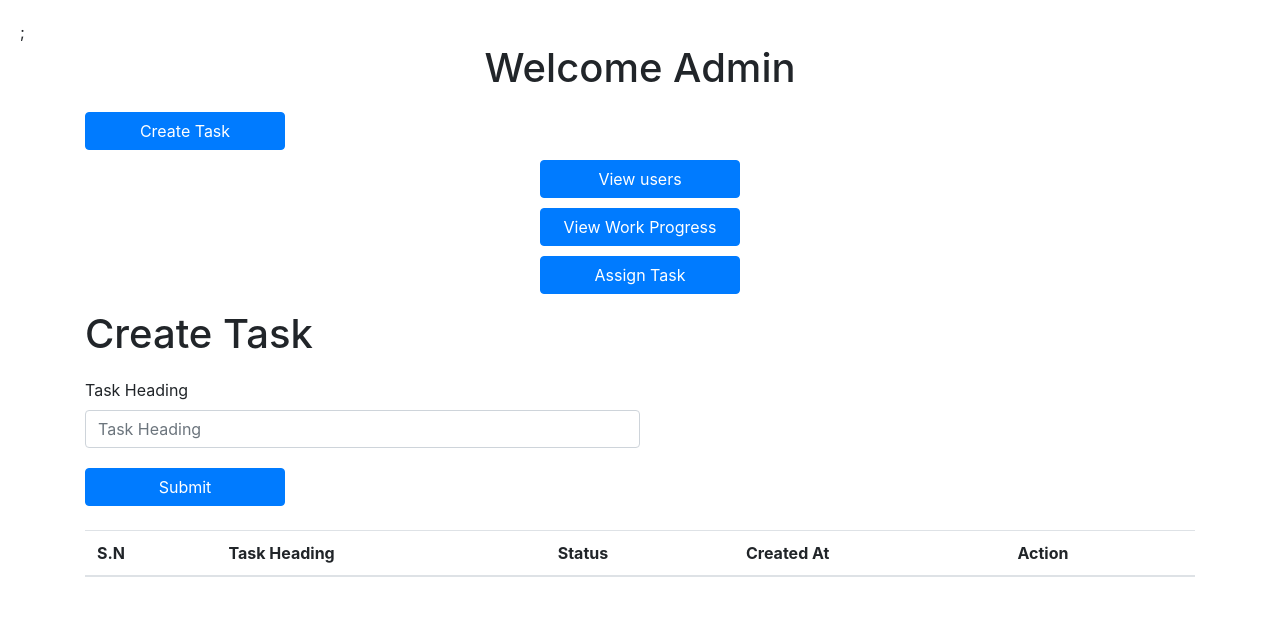
Repository: neha-rouniyar/taskmgmt
Page: http://localhost/admin/create-task
The author's editor kept a copy of each file at every save. The page is drawn from the files as they stood at one save, then again after the next save.
The browser window is 1280 px wide. The pictures show the whole page.
Some web libraries are served in a nearby version. The page is served by the project's Laravel application, run on PHP 8.4 with Laravel 10. Other server files are loaded and not shown. Queries for data that is not in the repository find no rows.

Above is the page before, as saved 2023-12-16 12:01:15.

### routes/web.php
<?php

use App\Http\Controllers\AdminController;
use App\Http\Controllers\AssignTaskController;
use Illuminate\Support\Facades\Route;
use App\Http\Controllers\LoginController;
use App\Models\AssignTask;

/*
|--------------------------------------------------------------------------
| Web Routes
|--------------------------------------------------------------------------
|
| Here is where you can register web routes for your application. These
| routes are loaded by the RouteServiceProvider and all of them will
| be assigned to the "web" middleware group. Make something great!
|
*/

Route::get('/', function () {
    return view('welcome');
});
Route::get('/login-form',[LoginController::class,'index'])->name('login.form');
Route::post('/login-form-submit',[LoginController::class,'loginFormSubmit'])->name('login.form.submit');




Route::get('/register-form',[LoginController::class,'index2'])->name('register.form');
Route::post('/register-form-submit',[LoginController::class,'registerFormSubmit'])->name('register.form.submit');


//user dashboard
Route::get('/user-dashboard',[LoginController::class,'userDashboard'])->name('user.dashboard');
Route::get('/admin-dashboard',[LoginController::class,'adminDashboard'])->name('admin.dashboard');


//admin
Route::get('/admin/view-users',[AdminController::class,'viewUsers'])->name('admin.view.users');
Route::get('/admin/create-task',[AdminController::class,'createTask'])->name('admin.create.task');
Route::get('/admin/view-work-progress',[AdminController::class,'viewWorkProgress'])->name('admin.view.workprogress');

//admin-task
Route::post('/admin/task-submit',[AdminController::class,'taskSubmit'])->name('admin.task.submit');
Route::get('/admin/edit-task/{id}',[AdminController::class,'taskEdit'])->name('task.edit');
Route::post('/admin/update-task/{id}',[AdminController::class,'taskUpdate'])->name('task.update');
Route::get('/admin/delete-task/{id}',[AdminController::class,'taskDelete'])->name('task.delete');
Route::get('/admin/task-assign',[AdminController::class,'taskAssign'])->name('admin.task.assign');
Route::post('/admin/task-assign-submit',[AdminController::class,'taskAssignSubmit'])->name('admin.task.assign.submit');




//user-task
Route::get('/user-view-assgned-task',[AssignTaskController::class,'viewTaskAssigned'])->name('user.view.assigned.task');
Route::get('/verify-email/{token}',[AdminController::class,'verifyEmail'])->name('verify.email');


Route::get('/user/accept-task/{id}',[AssignTaskController::class,'acceptTask'])->name('accept.task');
Route::get('/user/reject-task/{id}',[AssignTaskController::class,'rejectTask'])->name('reject.task');
Route::get('/user/task-complete/{id}',[AssignTaskController::class,'completeTask'])->name('task.complete');

### app/Http/Controllers/AdminController.php
<?php

namespace App\Http\Controllers;

use App\Models\AssignTask;
use App\Models\EmailVerification;
use App\Models\Task;
use App\Models\User;
use Carbon\Carbon;
use Illuminate\Http\Request;

class AdminController extends Controller
{
    public function viewUsers()
    {
        $users=User::all()->where('usertype','regular');
        // dd($users);
        return view('admin.viewUsers',compact('users'));
    }
    public function createTask()
    {
        $tasks=Task::all();
        return view('admin.task.create',compact('tasks'));
    }
    public function viewWorkProgress()
    {
        return view('admin.task.workprogress');
    }
    public function taskSubmit(Request $request)
    {
        $data=$request->validate([
            'heading'=>'required'
        ]);
        $task=new Task();
        $task->task_heading=$data['heading'];
        $task->save();
        return back()->with('success','Task Created Successfully');
    }
    public function taskEdit(Request $request)
    {
        $data=Task::find($request->id);
        return view('admin.task.edit',compact('data'));
    }
    public function taskUpdate(Request $request)
    {
        $rule=$request->validate([
            'heading'=>'required'
        ]);
        $data=Task::find($request->id);
        $data->task_heading=$rule['heading'];
        $data->save();
        return redirect()->route('admin.create.task')->with('update','Task Updated Successfully');
    }
    public function taskDelete(Request $request)
    {
        $data=Task::find($request->id);
        $data->status=1;
        $data->save();
        return back()->with('delete','Task Deleted Successfully');

    }
    public function taskAssign()
    {
        $task=Task::all()->where('status',0);
        $users=User::all()->where('usertype','regular');
        return view('admin.task.assign',compact('users','task'));
    }
    public function taskAssignSubmit(Request $request)
    {
        $taskAssign=new AssignTask();
        $taskAssign->task_id=$request->task;
        $taskAssign->user_id=$request->user;
        $taskAssign->save();
        return back()->with('message','Task Assigned to user... Waiting to be verified');
    }
    public function verifyEmail(Request $request,$id)
    {
        $token=$request->token;
        $userData=User::where('token',$token)->first();
        $emailVerificationData=EmailVerification::where('token',$token)->first();
        $time=Carbon::now();
        $currentTime=$time->toDateTimeString();
        if($userData->token == $emailVerificationData->token){
            if($emailVerificationData->expiry_at > $currentTime)
            {
                $userId=$userData->id;
                $userData=User::find($userId);
                $userData->status=1;
                $userData->save();
                return redirect('/login-form')->with('msgs','Please login to continue');
            }else{
                return redirect()->route('register.form')->with('linkExpiry','Your Link to email verification failed. Please Register Again');
            }
        }
    }
    // php artisan serve --port=443 --to run in https port
}

### app/Models/Task.php
<?php

namespace App\Models;

use Illuminate\Database\Eloquent\Factories\HasFactory;
use Illuminate\Database\Eloquent\Model;

class Task extends Model
{
    use HasFactory;
    public function assignedTask()
    {
        return $this->hasMany(AssignTask::class,'task_id','id');
    }

}

### resources/views/admin/task/create.blade.php
@extends('admin.dashboard');
@section('admin-content')
<style>
    .form-group {
    margin-bottom: 20px;
}

.custom-dropdown {
    position: relative;
    width: 100%;
}

.custom-select {
    width: 50%;
    /* padding: 10px; */
    box-sizing: border-box;
    border: 1px solid #ccc;
    border-radius: 4px;
    appearance: none;
    background-color: #fff;
    cursor: pointer;
}

.custom-dropdown-arrow {
    position: absolute;
    top: 50%;
    right: 10px;
    transform: translateY(-50%);
    border: solid #555;
    border-width: 0 2px 2px 0;
    display: inline-block;
    padding: 3px;
    transition: transform 0.3s ease-in-out;
}

.custom-select:focus + .custom-dropdown-arrow {
    transform: translateY(-50%) rotate(-45deg);
}

/* Style for the dropdown options */
.custom-select option {
    padding: 10px;
}

</style>
<div class="container">
    <h1>Create Task</h1>
    @if (session('success'))
    <div class="alert alert-success alert-dismissible fade show" role="alert">
        <p style="color: rgb(11, 130, 43)8, 28, 0)">{{session('success')}}</p>
        <button type="button" class="close" data-dismiss="alert" aria-label="Close">
          <span aria-hidden="true">&times;</span>
        </button>
      </div>

    @endif
    @if (session('update'))
    <div class="alert alert-success alert-dismissible fade show" role="alert">
        <p style="color: rgb(0, 128, 30)8, 28, 0)">{{session('update')}}</p>
        <button type="button" class="close" data-dismiss="alert" aria-label="Close">
          <span aria-hidden="true">&times;</span>
        </button>
      </div>

    @endif
    @if (session('delete'))
    <div class="alert alert-success alert-dismissible fade show" role="alert">
        <p style="color: rgb(0, 128, 30)8, 28, 0)">{{session('delete')}}</p>
        <button type="button" class="close" data-dismiss="alert" aria-label="Close">
          <span aria-hidden="true">&times;</span>
        </button>
      </div>

    @endif
<form action="{{route('admin.task.submit')}}" method="POST">
    @csrf
      <div class="form-group">
        <label for="exampleInputEmail1">Task Heading</label>
        <input style="width: 50%" type="text" name="heading" class="form-control" id="exampleInputEmail1" aria-describedby="emailHelp" placeholder="Task Heading" required>
      </div>

      <button type="submit" class="btn btn-primary">Submit</button>
    </form>
    <table class="table mt-4">
        <thead>
          <tr>
            <th scope="col">S.N</th>
            <th scope="col">Task Heading</th>
            <th scope="col">Status</th>
            <th scope="col">Created At</th>
            <th scope="col">Action</th>
          </tr>
        </thead>
        <tbody>
            @php
                $i=1;
            @endphp
            @foreach ($tasks as $data )
            @if ($data->status==0)
          <tr>
            <th>{{$i++}}</th>
            <td>{{$data->task_heading}}</td>
            <td>{{$data->status}}</td>
            <td>{{$data->created_at}}</td>
            <td>
                <a href="{{route('task.edit',$data->id)}}"><button style="width: 20%" type="button" class="btn btn-primary">Edit</button></a>
                <a href="{{route('task.delete',$data->id)}}"><button style="width: 30%" type="button" class="btn btn-danger">Delete</button></a>
            </td>
          </tr>
          @endif
          @endforeach
        </tbody>
      </table>
</div>
@endsection

### resources/views/admin/dashboard.blade.php
<!doctype html>
<html lang="en">
  <head>
    <!-- Required meta tags -->
    <meta charset="utf-8">
    <meta name="viewport" content="width=device-width, initial-scale=1, shrink-to-fit=no">

    <!-- Bootstrap CSS -->
    <link rel="stylesheet" href="https://cdn.jsdelivr.net/npm/bootstrap@4.0.0/dist/css/bootstrap.min.css" integrity="sha384-Gn5384xqQ1aoWXA+058RXPxPg6fy4IWvTNh0E263XmFcJlSAwiGgFAW/dAiS6JXm" crossorigin="anonymous">
    <style>
      body {
          padding: 20px;
      }

      h1 {
          margin-bottom: 20px;
      }

      .btn-container {
          display: flex;
          flex-direction: column;
          gap: 10px;
      }

      .btn-container a {
          text-decoration: none;
      }

      .btn {
          width: 200px;
      }
  </style>
    <title>Hello, world!</title>
  </head>
  <body>
    <div class="container text-center">
        <h1>Welcome Admin</h1>
        <div class="btn-container">

                <button type="button" class="btn btn-primary" data-toggle="modal" data-target="#exampleModal">Create Task</button>
            <a href="{{route('admin.view.users')}}">
                <button type="button" class="btn btn-primary">View users</button>
            </a>
            <a href="{{route('admin.view.workprogress')}}">
                <button type="button" class="btn btn-primary">View Work Progress</button>
            </a>
            <a href="{{route('admin.task.assign')}}">
                <button type="button" class="btn btn-primary">Assign Task</button>
            </a>
        </div>
    </div>
    <form action="{{route('admin.task.submit')}}" method="POST">
        @csrf
    <div class="modal fade" id="exampleModal" tabindex="-1" role="dialog" aria-labelledby="exampleModalLabel" aria-hidden="true">
        <div class="modal-dialog" role="document">
          <div class="modal-content">
            <div class="modal-header">
              <h5 class="modal-title" id="exampleModalLabel">Task Heading</h5>

              <button type="button" class="close" data-dismiss="modal" aria-label="Close">
                  <span aria-hidden="true">&times;</span>
                </button>
            </div>
            <div class="modal-body">
                <input type="text" name="heading" class="form-control" id="exampleInputEmail1" aria-describedby="emailHelp" placeholder="Task Heading" required>

            </div>
            <div class="modal-footer">
              <button type="button" class="btn btn-secondary" data-dismiss="modal">Close</button>
              <button type="submit" class="btn btn-primary">Add Task</button>
            </div>
          </div>
        </div>
      </div>
          {{-- <div class="form-group">
            <label for="exampleInputEmail1"></label>
          </div>
          <button type="submit" class="btn btn-primary">Submit</button> --}}
    </form>
    @yield('admin-content')
    <script src="https://code.jquery.com/jquery-3.2.1.slim.min.js" integrity="sha384-KJ3o2DKtIkvYIK3UENzmM7KCkRr/rE9/Qpg6aAZGJwFDMVNA/GpGFF93hXpG5KkN" crossorigin="anonymous"></script>
    <script src="https://cdn.jsdelivr.net/npm/popper.js@1.12.9/dist/umd/popper.min.js" integrity="sha384-ApNbgh9B+Y1QKtv3Rn7W3mgPxhU9K/ScQsAP7hUibX39j7fakFPskvXusvfa0b4Q" crossorigin="anonymous"></script>
    <script src="https://cdn.jsdelivr.net/npm/bootstrap@4.0.0/dist/js/bootstrap.min.js" integrity="sha384-JZR6Spejh4U02d8jOt6vLEHfe/JQGiRRSQQxSfFWpi1MquVdAyjUar5+76PVCmYl" crossorigin="anonymous"></script>
</body>
</html>

Loaded but not shown: app/Http/Controllers/Controller.php (common file)

After the next save:
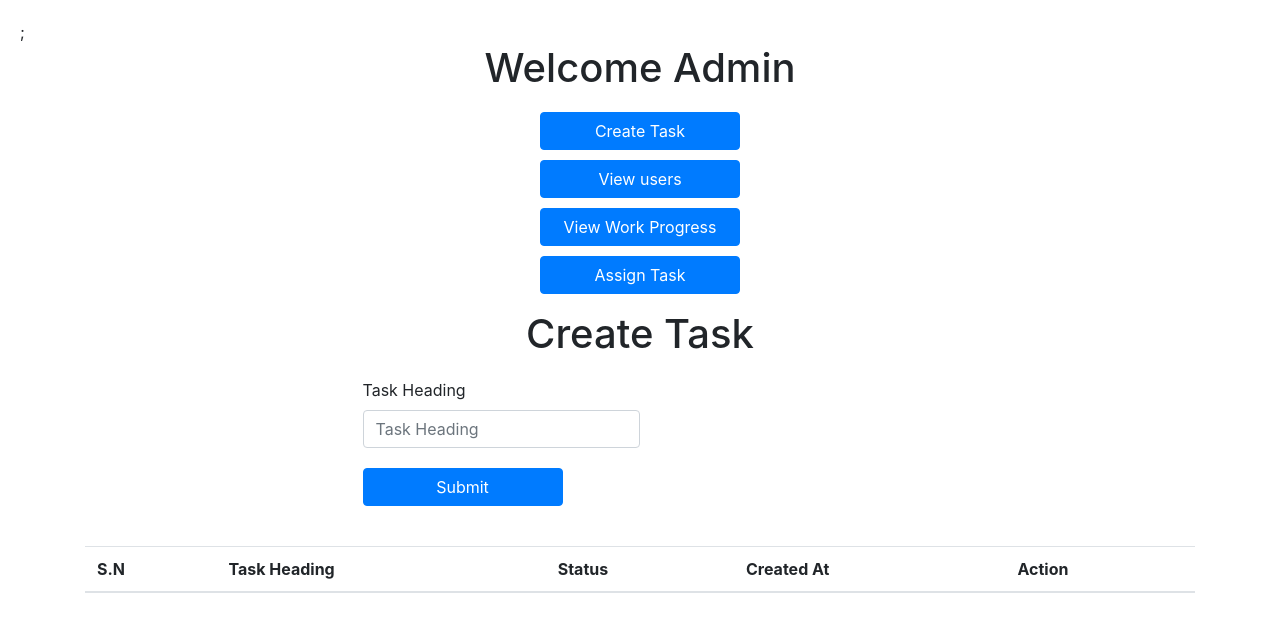
Saved 6 s later.
--- a/resources/views/admin/task/create.blade.php
+++ b/resources/views/admin/task/create.blade.php
@@ -2,46 +2,59 @@
 @section('admin-content')
 <style>
     .form-group {
-    margin-bottom: 20px;
-}
+        margin-bottom: 20px;
+    }
 
-.custom-dropdown {
-    position: relative;
-    width: 100%;
-}
+    .custom-dropdown {
+        position: relative;
+        width: 100%;
+    }
 
-.custom-select {
-    width: 50%;
-    /* padding: 10px; */
-    box-sizing: border-box;
-    border: 1px solid #ccc;
-    border-radius: 4px;
-    appearance: none;
-    background-color: #fff;
-    cursor: pointer;
-}
+    .custom-select {
+        width: 50%;
+        box-sizing: border-box;
+        border: 1px solid #ccc;
+        border-radius: 4px;
+        appearance: none;
+        background-color: #fff;
+        cursor: pointer;
+    }
 
-.custom-dropdown-arrow {
-    position: absolute;
-    top: 50%;
-    right: 10px;
-    transform: translateY(-50%);
-    border: solid #555;
-    border-width: 0 2px 2px 0;
-    display: inline-block;
-    padding: 3px;
-    transition: transform 0.3s ease-in-out;
-}
+    .custom-dropdown-arrow {
+        position: absolute;
+        top: 50%;
+        right: 10px;
+        transform: translateY(-50%);
+        border: solid #555;
+        border-width: 0 2px 2px 0;
+        display: inline-block;
+        padding: 3px;
+        transition: transform 0.3s ease-in-out;
+    }
 
-.custom-select:focus + .custom-dropdown-arrow {
-    transform: translateY(-50%) rotate(-45deg);
-}
+    .custom-select:focus + .custom-dropdown-arrow {
+        transform: translateY(-50%) rotate(-45deg);
+    }
 
-/* Style for the dropdown options */
-.custom-select option {
-    padding: 10px;
-}
+    /* Style for the dropdown options */
+    .custom-select option {
+        padding: 10px;
+    }
 
+    /* Adjustments for centering */
+    .container {
+        display: flex;
+        flex-direction: column;
+        align-items: center;
+    }
+
+    h1 {
+        margin-bottom: 20px;
+    }
+
+    form {
+        width: 50%; /* Adjust the width as needed */
+    }
 </style>
 <div class="container">
     <h1>Create Task</h1>
@@ -78,7 +91,6 @@
         <label for="exampleInputEmail1">Task Heading</label>
         <input style="width: 50%" type="text" name="heading" class="form-control" id="exampleInputEmail1" aria-describedby="emailHelp" placeholder="Task Heading" required>
       </div>
-
       <button type="submit" class="btn btn-primary">Submit</button>
     </form>
     <table class="table mt-4">

After the 6 saves that followed:
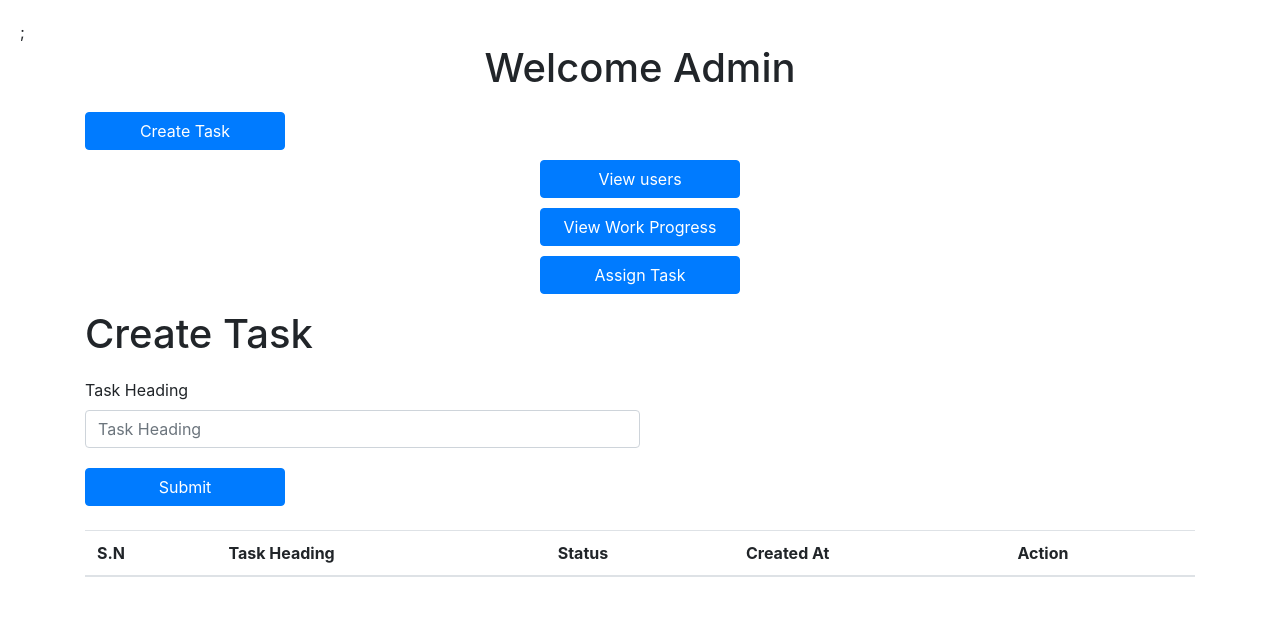
The 6 saves are shown as one change because they came seconds apart.
The last was saved 17 s later.
--- a/resources/views/admin/task/create.blade.php
+++ b/resources/views/admin/task/create.blade.php
@@ -2,62 +2,49 @@
 @section('admin-content')
 <style>
     .form-group {
-        margin-bottom: 20px;
-    }
+    margin-bottom: 20px;
+}
 
-    .custom-dropdown {
-        position: relative;
-        width: 100%;
-    }
+.custom-dropdown {
+    position: relative;
+    width: 100%;
+}
 
-    .custom-select {
-        width: 50%;
-        box-sizing: border-box;
-        border: 1px solid #ccc;
-        border-radius: 4px;
-        appearance: none;
-        background-color: #fff;
-        cursor: pointer;
-    }
+.custom-select {
+    width: 50%;
+    /* padding: 10px; */
+    box-sizing: border-box;
+    border: 1px solid #ccc;
+    border-radius: 4px;
+    appearance: none;
+    background-color: #fff;
+    cursor: pointer;
+}
 
-    .custom-dropdown-arrow {
-        position: absolute;
-        top: 50%;
-        right: 10px;
-        transform: translateY(-50%);
-        border: solid #555;
-        border-width: 0 2px 2px 0;
-        display: inline-block;
-        padding: 3px;
-        transition: transform 0.3s ease-in-out;
-    }
+.custom-dropdown-arrow {
+    position: absolute;
+    top: 50%;
+    right: 10px;
+    transform: translateY(-50%);
+    border: solid #555;
+    border-width: 0 2px 2px 0;
+    display: inline-block;
+    padding: 3px;
+    transition: transform 0.3s ease-in-out;
+}
 
-    .custom-select:focus + .custom-dropdown-arrow {
-        transform: translateY(-50%) rotate(-45deg);
-    }
+.custom-select:focus + .custom-dropdown-arrow {
+    transform: translateY(-50%) rotate(-45deg);
+}
 
-    /* Style for the dropdown options */
-    .custom-select option {
-        padding: 10px;
-    }
+/* Style for the dropdown options */
+.custom-select option {
+    padding: 10px;
+}
 
-    /* Adjustments for centering */
-    .container {
-        display: flex;
-        flex-direction: column;
-        align-items: center;
-    }
-
-    h1 {
-        margin-bottom: 20px;
-    }
-
-    form {
-        width: 50%; /* Adjust the width as needed */
-    }
 </style>
 <div class="container">
-    <h1>Create Task</h1>
+    <h1 style="width: 100%">Create Task</h1>
     @if (session('success'))
     <div class="alert alert-success alert-dismissible fade show" role="alert">
         <p style="color: rgb(11, 130, 43)8, 28, 0)">{{session('success')}}</p>
